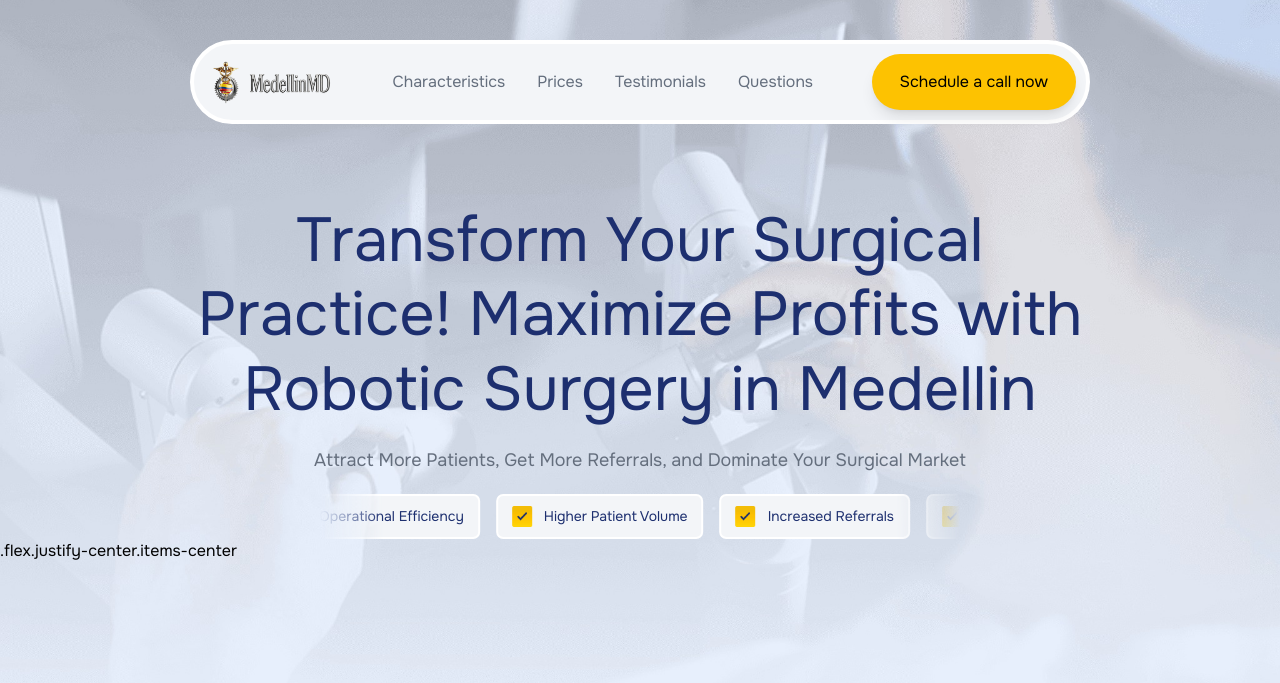
Repository: emmanueltech2019/cmd
Page: /home
The author's editor kept a copy of each file at every save. The page is drawn from the files as they stood at one save, then again after the next save.
The browser window is 1280 px wide. The pictures show the whole page.
The project was rebuilt for these pictures with package versions that can differ from the ones it lists, and the page was loaded fresh each time. The framework's server and built-in components were replaced by stand-ins that run in the browser. Also part of the build but not shown: next.config.mjs.

Above is the page before, as saved 2025-05-15 17:02:27.

### src/app/home/page.jsx
import React from 'react'
import Image from 'next/image'
import medellinHero from '@/images/jpg/medellinHero.jpg'
import medellinLogo from '@/images/png/medellinLogo.png'
import medellinCheck from '@/images/png/medellinCheck.png'
import SlideView from '../components/SlideView'
import Button from '../components/Button'

const page = () => {
    const slideViewData = [
        { id: 1, text: 'Increased Referrals', image: medellinCheck },
        { id: 2, text: 'Premium Positioning', image: medellinCheck },
        { id: 3, text: 'Operational Efficiency', image: medellinCheck },
        { id: 4, text: 'Higher Patient Volume', image: medellinCheck },
    ];
  return (
    <>
        <div className={`h-screen w-full`}
            style={{
                backgroundImage: `url(${medellinHero.src})`,
                backgroundSize: 'cover',
                backgroundPosition: 'center',
                backgroundRepeat: 'no-repeat',
            }}
        >
            <nav className='py-5'>
                <div className="w-web-navwidth mx-auto bg-web-navwhite backdrop-blur-md p-web-nav-padding flex justify-between items-center rounded-web-radius border-white border-4 my-5">
                    <div className="w-web-logowidth h-web-logoheight flex justify-center items-center">
                        <Image src={medellinLogo} width={100} height={100} alt='medellin logo' className='w-full' />
                    </div>
                    <ul className="flex gap-web-navgap items-center text-navfontsize">
                        <li>
                            <button className='p-web-nav-padding bg-transparent hover:bg-web-blue text-web-navgray hover:text-white transition-all duration-500 rounded-web-navbtnradius'>Characteristics</button>
                        </li>
                        <li>
                            <button className='p-web-nav-padding bg-transparent hover:bg-web-blue text-web-navgray hover:text-white transition-all duration-500 rounded-web-navbtnradius'>Prices</button>
                        </li>
                        <li>
                            <button className='p-web-nav-padding bg-transparent hover:bg-web-blue text-web-navgray hover:text-white transition-all duration-500 rounded-web-navbtnradius'>Testimonials</button>
                        </li>
                        <li>
                            <button className='p-web-nav-padding bg-transparent hover:bg-web-blue text-web-navgray hover:text-white transition-all duration-500 rounded-web-navbtnradius'>Questions</button>
                        </li>
                    </ul>
                    <Button className='bg-web-yellow hover:bg-web-blue py-4 px-7 transition-all duration-500 hover:text-white shadow-lg rounded-web-radius'>Schedule a call now</Button>
                </div>
            </nav>
            <div className="mt-10 w-[100%] md:w-[70%] mx-auto">
                <h1 className="text-center text-web-blue text-webhero-font leading-webhero-lineheight">Transform Your Surgical Practice! Maximize Profits with Robotic Surgery in Medellin</h1>
                <p className='text-websubhero-font text-web-navgray text-center py-5'>Attract More Patients, Get More Referrals, and Dominate Your Surgical Market</p>
            </div>
            <div className="flex whitespace-nowrap overflow-hidden w-[50%] mx-auto"
                style={{
                        WebkitMaskImage:
                        'linear-gradient(to right, transparent, black 10%, black 90%, transparent)',
                        maskImage:
                        'linear-gradient(to right, transparent, black 10%, black 90%, transparent)',
                    }}
            >
                <div className="flex animate-slide flex-shrink-0">
                    {slideViewData.map((item) => (
                        <SlideView key={`a-${item.id}`}>
                            <div className="flex gap-3">
                                <Image src={item.image} alt='medellin check' width={100} height={100} className='w-5' />
                                {item.text}
                            </div>
                        </SlideView>
                    ))}
                </div>
                <div className="flex animate-slide flex-shrink-0">
                    {slideViewData.map((item) => (
                        <SlideView key={`b-${item.id}`}>
                            <div className="flex gap-3">
                                <Image src={item.image} alt='medellin check' width={100} height={100} className='w-5' />
                                {item.text}
                            </div>
                        </SlideView>
                    ))}
                </div>
            </div>
            .flex.justify-center.items-center
        </div>
    </>
  )
}

export default page

### src/app/globals.css
@import url('https://fonts.googleapis.com/css2?family=Onest:wght@100..900&family=Poppins:ital,wght@0,100;0,200;0,300;0,400;0,500;0,600;0,700;0,800;0,900;1,100;1,200;1,300;1,400;1,500;1,600;1,700;1,800;1,900&display=swap');

*{
  font-family: "Onest", sans-serif;
}

@tailwind base;
@tailwind components;
@tailwind utilities;

@font-face {
  font-family: 'Onset';
  src: url('/src/fonts/Onest-VariableFont_wght.ttf') format('truetype');
  font-weight: 400;
  font-style: normal;
  font-display: swap; /* recommended for better performance */
}

### src/app/components/SlideView.jsx
import React from 'react'

const slideview = ({ children }) => {
  return (
    <div className='p-web-heroslideview bg-web-navwhite border-white border-2 rounded-web-heroslideradius text-web-navfontsize text-web-blue mx-2 flex-shrink-0'>{children}</div>
  )
}

export default slideview

### src/app/components/button.jsx
import React from 'react'

const button = ({children}) => {
  return (
    <button className='bg-web-yellow hover:bg-web-blue py-4 px-7 transition-all duration-500 hover:text-white shadow-lg rounded-web-radius'>{children}</button>
  )
}

export default button

### tailwind.config.js
/** @type {import('tailwindcss').Config} */
export default {
  content: [
    "./index.html",
    "./src/**/*.{js,ts,jsx,tsx}",
  ],
  theme: {
    extend: {
      colors: {
        'web-blue': '#1d2f6f',
        'web-yellow': '#fdc201',
        'web-navwhite': '#f3f5f8',
        'web-navgray': '#646e7d',
      },
      boxShadow: {
        'web-shadow': '#abcbff08 0px 0.602187px 2.28831px 0px,'
      },
      padding: {
        'web-btn-padding': '16px 28px',
        'web-nav-padding': '10px',
        'web-heroslideview': '10px 14px'
      },
      lineHeight: {
        'webhero-lineheight': '74.4px'
      },
      fontSize: {
        'webhero-font': '62px',
        'websubhero-font': '18px',
        'web-navfontsize': '14px'
      },
      width: {
        'web-navwidth': '900px',
        'web-logowidth': '130px',
      },
      height: {
        'web-navheight': '76px',
        'web-logoheight': '56px'
      },
      borderRadius: {
        'web-radius': '99px',
        'web-navbtnradius': '8px',
        'web-heroslideradius': '7px'
      },
      gap: {
        'web-navgap': '12px'
      },
      fontFamily: {
        myFont: ['Onset']
      },
      keyframes: {
        'slide': {
          '0%': { transform: 'translateX(0)' },
          '100%': { transform: 'translateX(-100%)' },
        },
      },
      animation: {
        'slide': 'slide 10s linear infinite',
      },
    },
  },
  plugins: [],
}

Loaded but not shown: src/app/layout.jsx (common file)

After the next save:
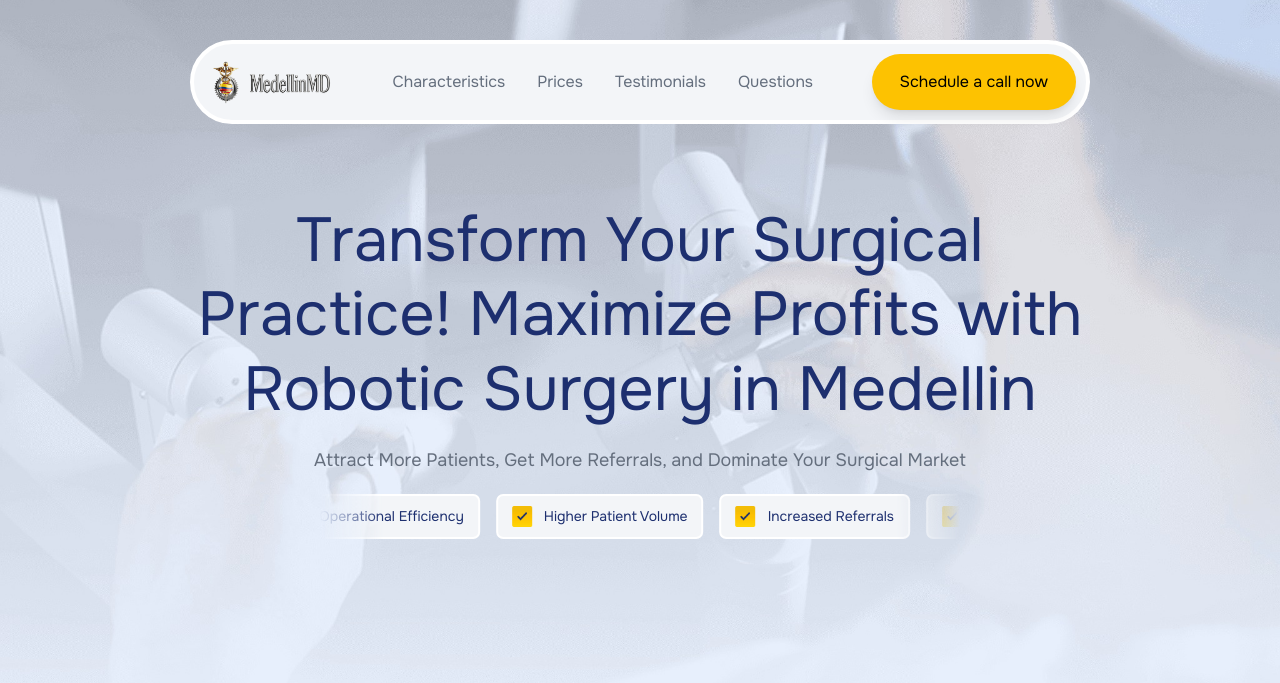
Saved 4 s later.
--- a/src/app/home/page.jsx
+++ b/src/app/home/page.jsx
@@ -78,7 +78,9 @@ const page = () => {
                     ))}
                 </div>
             </div>
-            .flex.justify-center.items-center
+            <div className="flex justify-center items-center">
+
+            </div>
         </div>
     </>
   )
